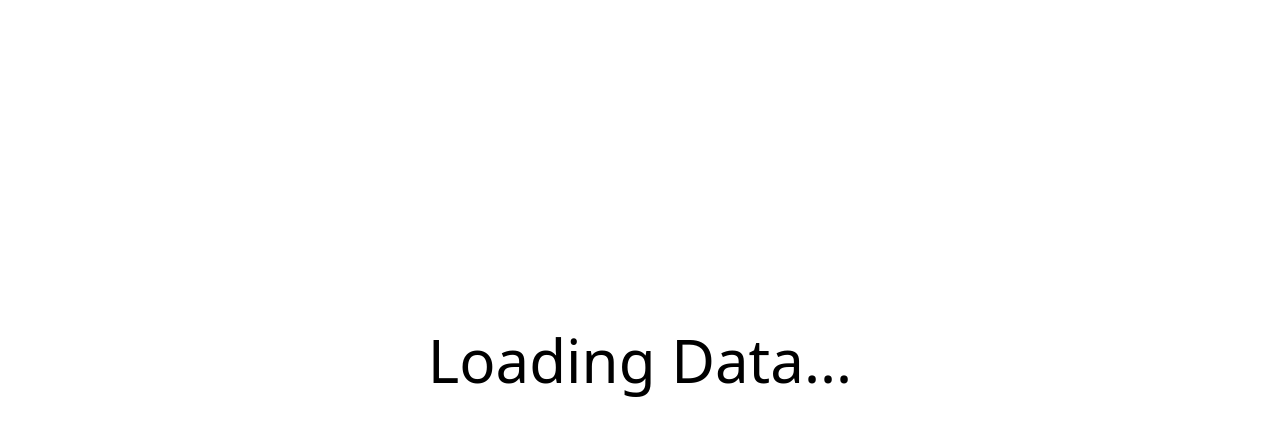
Repository: Habeebur1493/project
Page: /Home
The author's editor kept a copy of each file at every save. The page is drawn from the files as they stood at one save, then again after the next save.
The browser window is 1280 px wide. The pictures show the whole page.
The page's requests for data from a server got no answer. The project was rebuilt for these pictures with package versions that can differ from the ones it lists, and the page was loaded fresh each time. No one was signed in, and anything a server would have sent is missing. Also part of the build but not shown: vite.config.js, src/Components/Login.jsx, src/Components/Nav.jsx, src/Components/Details.jsx.

Above is the page before, as saved 2025-01-31 14:51:13.

After the next save:
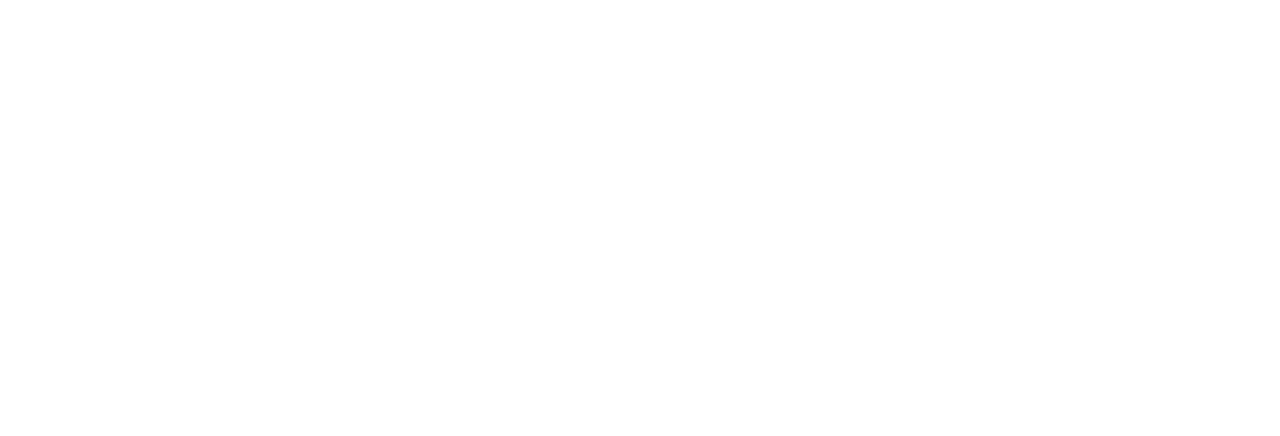
Console error (its wording comes from the project's code and is left out).
Saved 2 min 12 s later.
--- a/src/Components/utils/Context.jsx
+++ b/src/Components/utils/Context.jsx
@@ -20,7 +20,7 @@
   }, []);
 
   return (
-    <ProductContext.Provider value={[products, setproducts]}>
+    <ProductContext.Provider value={{products, setproducts}}>
       {props.children}
     </ProductContext.Provider>
   );

After the save that followed:
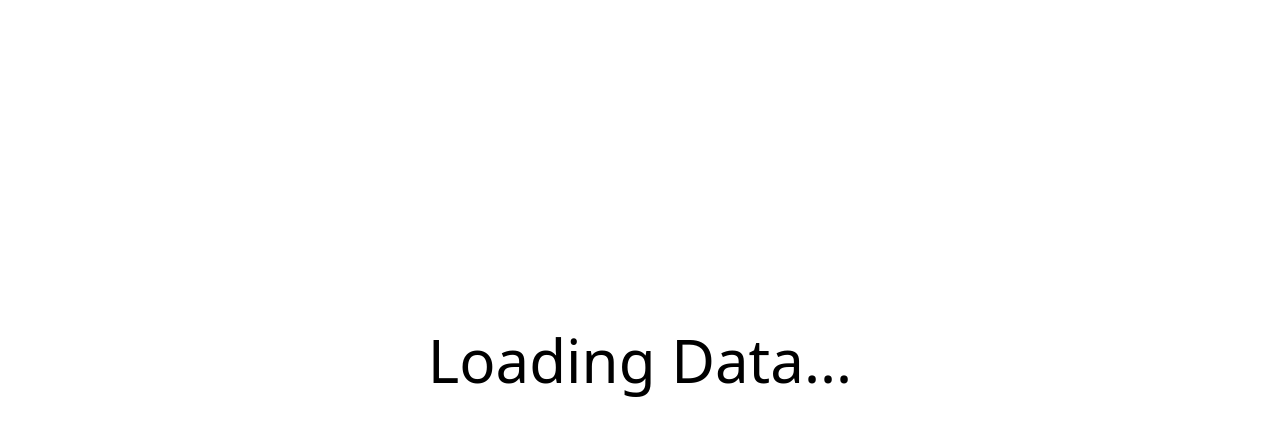
The error is gone.
Saved 19 s later.
--- a/src/Components/Home.jsx
+++ b/src/Components/Home.jsx
@@ -5,7 +5,7 @@
 import Loading from "./Loading";
 
 const Home = () => {
-  const [products] = useContext(ProductContext);
+  const {products} = useContext(ProductContext);
   return products ? (
     <>
       <Nav />
